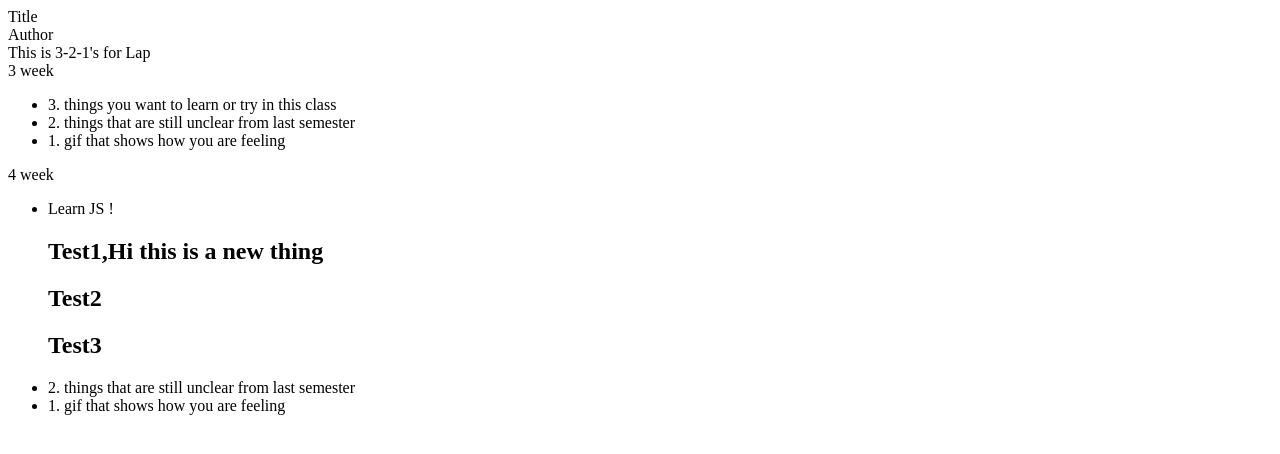
Repository: HyunJunggggg/MDIA2109
Page: inclass/index.html
The author's editor kept a copy of each file at every save. The page is drawn from the files as they stood at one save, then again after the next save.
The browser window is 1280 px wide. The pictures show the whole page.

Above is the page before, as saved 2025-01-30 15:19:27.
Console error: TypeError: Cannot read properties of undefined (reading 'append')

After the next save:
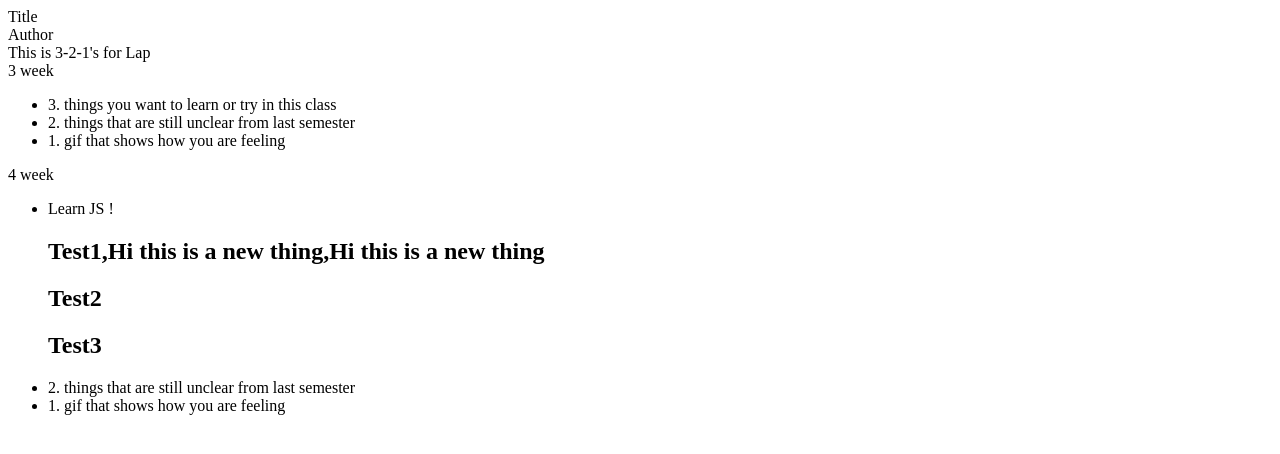
The error is gone.
Saved 8 s later.
--- a/inclass/main.js
+++ b/inclass/main.js
@@ -17,4 +17,4 @@ console.log($title);
 $title.append(',Hi this is a new thing');
 
 let $headerElement = document.querySelectorAll('h1');
-$title[0].append(',Hi this is a new thing');
+$headerElement[0].append(',Hi this is a new thing');
